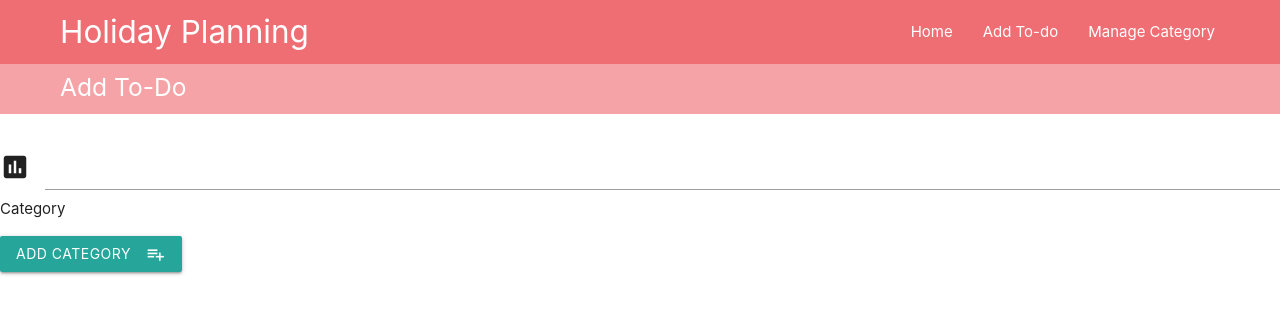
Repository: Code-Institute-Submissions/Project3-Holiday_Planning
Page: http://localhost/add_category
The author's editor kept a record of every edit. The page is drawn from the files as they stood at one moment, then again after the next edit.
The browser window is 1280 px wide. The pictures show the whole page.
The page is served by the project's application, run on Flask 3 (app.py).

Above is the page before.

After the next edit:
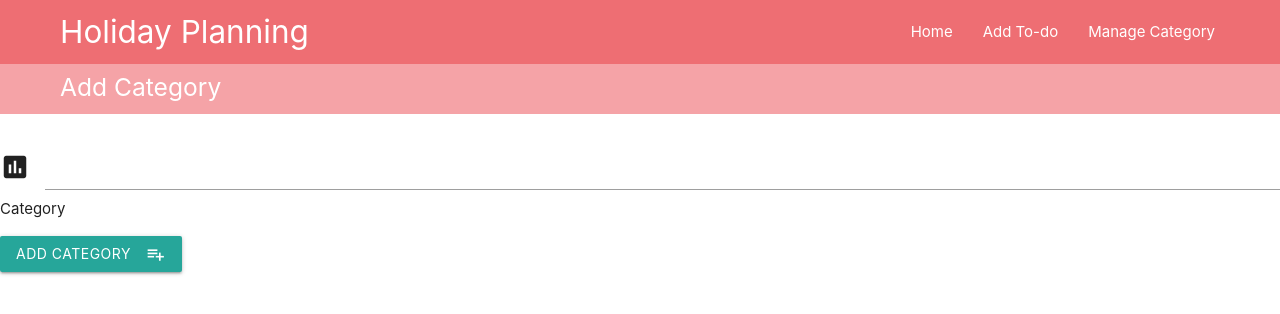
The edit:
--- a/templates/addCategory.html
+++ b/templates/addCategory.html
@@ -1,8 +1,8 @@
 {% extends 'layout.html' %} {% block content %}
 
 
-<div class="add_to_do">
-    <h5>Add To-Do</h5>
+<div class="add_category">
+    <h5>Add Category</h5>
 </div>
 
 
